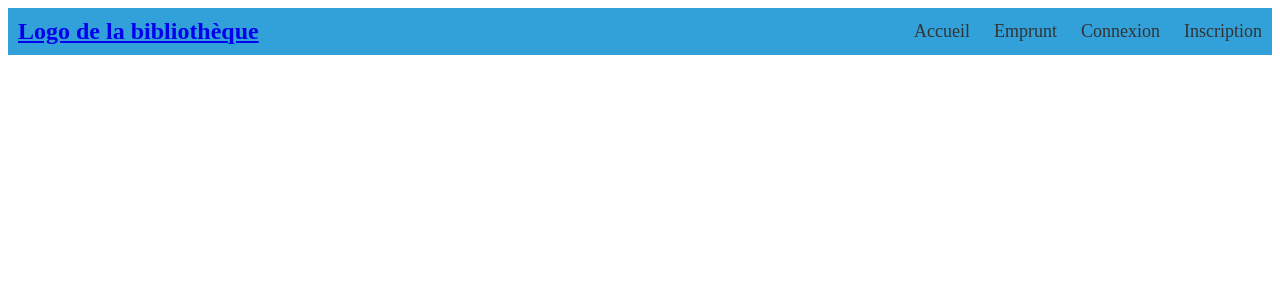
Repository: Eurin-lumen/space
Page: http://localhost/
These files come from the project's save history. The page is drawn as it stood at one moment and after the next save; the edit follows.
The browser window is 1280 px wide. The pictures show the whole page.
The page is run by PHP 8.4 with error messages shown; the project is at /var/www/html/. Queries for data that is not in the repository find no rows.

Above is the page before, as saved 2023-07-23 19:58:16.

After the next save:
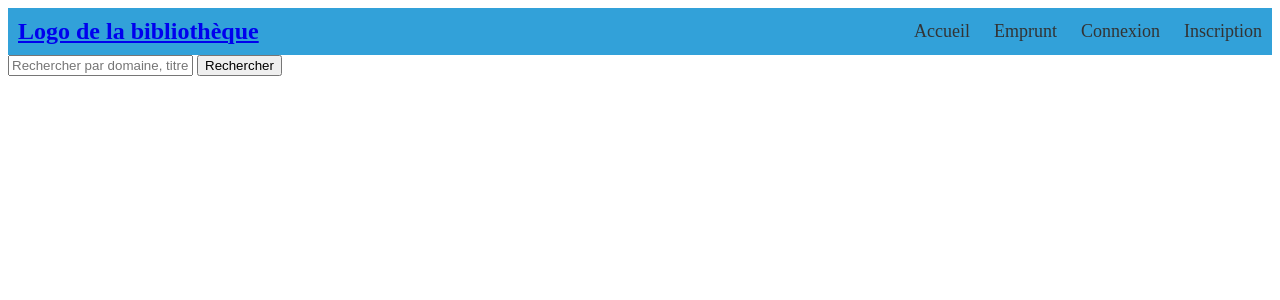
Saved 7 min 15 s later.
--- a/index.php
+++ b/index.php
@@ -18,6 +18,12 @@ $books = getAllBooks();
 <body>
     <?php include 'header.php'; ?>
 
+    <section class="search-section">
+        <form action="search.php" method="GET">
+            <input type="text" name="search_query" placeholder="Rechercher par domaine, titre ou auteur" required>
+            <button type="submit">Rechercher</button>
+        </form>
+    </section>
     <main>
         <div class="book-list">
             <?php foreach ($books as $book) : ?>
